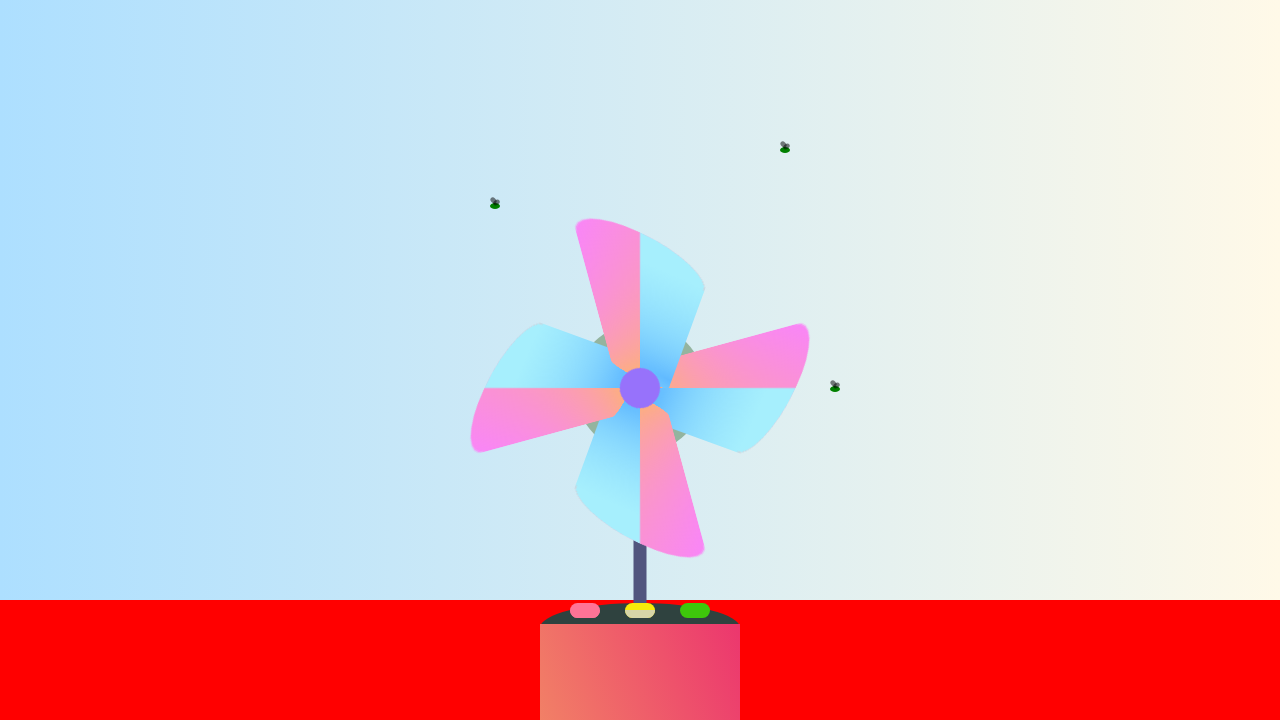
Repository: VuTuanAnh0949/CodeFan
Page: index.html
These files come from the project's save history. The page is drawn as it stood at one moment and after the next save; the edit follows.
The browser window is 1280 px wide. The pictures show the whole page.

Above is the page before, as saved 2022-06-22 12:05:26.

### index.html
<!DOCTYPE html>
<html lang="en">
<head>
    <meta charset="UTF-8">
    <meta http-equiv="X-UA-Compatible" content="IE=edge">
    <meta name="viewport" content="width=device-width, initial-scale=1.0">
    <title>Document</title>
    <link rel="stylesheet" href="style.css">
</head>
<body>
    <div class="windows">
        <div class="window"></div>

    </div>
    <div class="fan">
        <div class="fan__root"> <span class="top"> <label class="green" for="engine"></label> <label class="yellow"
                    for="engine2"></label> <label class="pink" for="jack"></label> </span> <span class="bottom"></span>
        </div>
        <div class="fan__staddle"></div> <input type="checkbox" id="jack" hidden />
        <div class="head">
            <div class="fan__engine"> <span class="center"></span> </div> <input type="checkbox" id="engine" hidden
                checked />
            <div> <span class="fly"></span> <span class="fly"></span> <span class="fly"></span>
                <div class="fan__blades"> <input type="checkbox" id="engine2" hidden checked />
                    <div class="fan__blades">
                        <div class="center"></div>
                        <div class="blade"><span></span></div>
                        <div class="blade"><span></span></div>
                        <div class="blade"><span></span></div>
                        <div class="blade"><span></span></div>
                    </div>
                </div>
            </div>
        </div>
    </div>

</body>
</html>

### style.css
html {
    overflow: hidden;
}

body {
    overflow: hidden;
    margin: 0;
    padding: 0;
    background: linear-gradient(90deg, #addfff, #fff9e8);
    display: flex;
    justify-content: center;
    align-items: center;
    width: 100vw;
    height: 100vh;
    position: relative;
}

body::after {
    position: absolute;
    width: 100%;
    content: "";
    height: calc(100% - 600px);
    z-index: 0;
    background: red;
    bottom: 0;
}

@keyframes spin {
    from {
        transform: rotate(0deg);
    }

    to {
        transform: rotate(360deg);
    }
}

@keyframes off {
    to {
        transform: rotate(380deg);
    }
}

@keyframes off2 {
    to {
        transform: rotate(880deg);
    }
}

@keyframes fly {
    to {
        margin-top: 50px;
    }
}

span {
    display: block;
}

.windows {
    width: 100vw;
    height: 100vh;
    position: absolute;
    z-index: 0;
    top: 0;
    left: 0;
    display: flex;
    align-content: flex-start;
}


.fly {
    transition: 0.5s all cubic-bezier(0.04, 0.06, 0, 1.18), 1s transform;
    width: 10px;
    height: 6px;
    background: green;
    border-radius: 50%;
    position: absolute;
    animation: fly 5s alternate infinite ease-in-out;
}

.fly:nth-of-type(1) {
    top: -78px;
    left: -200px;
}

.fly:nth-of-type(2) {
    transform: translateY(-10px);
    animation-delay: 4s;
    top: 5px;
    right: -250px;
}

.fly:nth-of-type(3) {
    transform: translateY(0px);
    top: 400px;
    animation-delay: 2s;
    right: -400px;
}

.fly::after,
.fly::before {
    content: "";
    position: absolute;
    width: 7px;
    height: 5px;
    background-color: rgba(0, 0, 0, 0.5);
    display: block;
    border-radius: 50%;
}

.fly::before {
    bottom: 4px;
    transform: rotate(325deg);
    left: 3px;
}

.fly::after {
    transform: rotate(45deg);
    bottom: 6px;
}

.fan {
    width: 500px;
    height: 500px;
    position: relative;
    z-index: 1;
    margin-top: 75px;
    perspective: 500px;
}

.fan::after {
    content: "";
    display: block;
    position: absolute;
    height: 500px;
    width: 200px;
    background-image: linear-gradient( 68.3deg,  rgba(245,177,97,1) 0.4%, rgba(236,54,110,1) 100.2% );
    top: calc(100% - 24px);
    left: calc(50% - 100px);

}

.fan__root {
    width: 200px;
    position: absolute;
    bottom: 0;
    left: 50%;
    transform: translateX(-50%);
}

.fan__root .top {
    overflow: hidden;
    width: 200px;
    height: 25px;
    position: relative;
}

.fan__root .top::after {
    content: "";
    display: block;
    width: 200px;
    height: 50px;
    background: #2f423f;
    border-radius: 50%;
}

.fan__root .top .green {
    position: absolute;
    width: 30px;
    height: 15px;
    border-radius: 15px;
    display: block;
    right: 30px;
    background: #3EC70B;
    cursor: pointer;
    overflow: hidden;
}

.fan__root .top .yellow {
    position: absolute;
    width: 30px;
    height: 15px;
    border-radius: 15px;
    display: block;
    right: 85px;
    background: #F7EC09;
    cursor: pointer;
    overflow: hidden;
}

.fan__root .top .yellow::after {
    content: "";
    display: block;
    width: 100%;
    height: 50%;
    position: absolute;
    bottom: 0;
    background: #F7EC09;
}

.fan__root .top .yellow::after {
    content: "";
    display: block;
    width: 100%;
    height: 50%;
    position: #F7EC09;
    bottom: 0;
    background: #D6D5A8;
}

.fan__root .top .pink {
    position: absolute;
    cursor: pointer;
    width: 30px;
    height: 15px;
    border-radius: 15px;
    display: block;
    left: 30px;
    background: #FF7396;
    overflow: hidden;
}

.fan__root .top .pink::after {
    content: "";
    display: block;
    width: 100%;
    height: 50%;
    position: absolute;
    bottom: 0;
    background: #FF7396;
}

.fan__root .bottom {
    overflow: hidden;
    width: 500px;
    height: 20px;
}

.fan__root .bottom::after {
    content: "";
    display: block;
    width: 200px;
    height: 40px;
    background: #2f423f;
    border-radius: 18%;
    transform: translateY(-30px);
}

.fan__staddle {
    position: absolute;
    bottom: 45px;
    background: #51557E;
    height: 270px;
    width: 13px;
    left: 50%;
    transform: translateX(-50%);
}

.fan__engine {
    position: absolute;
    bottom: 0px;
    width: 130px;
    height: 130px;
    background: #94B49F;
    border-radius: 50%;
    left: 50%;
    transform: translateX(-50%);
}

.fan__engine::after {
    content: "";
    background: red;
    display: block;
    width: 25px;
    height: 50px;
    position: absolute;
    top: 105px;
    left: 50%;
    transform: translateX(-50%);
    border-radius: 0 0 5px 5px;
}

.fan__blades {
    width: 230px;
    height: 230px;
    position: absolute;
    bottom: -50px;
    transition: 2s;
    transform-origin: center center;
    left: calc(50% - 115px);
    z-index: 1;
    animation: spin infinite 0.38s linear forwards;
}

.fan__blades .fan__blades {
    bottom: 0;
    animation: spin infinite 0.5s linear forwards;
}

.fan__blades .blade {
    position: absolute;
    width: 80px;
    height: 100%;
    left: 50%;
    transform: translateX(-50%) skewY(25deg);
    perspective: 500px;
    transform-style: preserve-3d;
}

.fan__blades .blade:nth-child(2) {
    transform: translateX(-50%) rotate(90deg) skewY(25deg);
}

.fan__blades .blade:nth-child(3) {
    transform: translateX(-50%) rotate(180deg) skewY(25deg);
}

.fan__blades .blade:nth-child(4) {
    transform: translateX(-50%) rotate(270deg) skewY(25deg);
}

.fan__blades .blade span {
    width: 100%;
    height: 200%;
    border-radius: 44px;
    background-image: linear-gradient( 102.4deg,  rgba(253,189,85,1) 7.8%, rgba(249,131,255,1) 100.3% );;
    position: absolute;
    top: -66px;
    display: block;
    transform-style: preserve-3d;
    transform: rotateX(81deg);
    overflow: hidden;
}

.fan__blades .blade span::after {
    width: 50%;
    height: 100%;
    content: "";
    display: block;
    background-image: radial-gradient( circle farthest-corner at 10% 20%,  rgba(97,186,255,1) 0%, rgba(166,239,253,1) 90.1% );
    transform: rotate(0deg);
}

.fan__blades .center {
    position: absolute;
    overflow: hidden;
    width: 40px;
    height: 40px;
    border-radius: 50%;
    left: 50%;
    top: 50%;
    transform: translate(-50%, -50%) rotate(45deg);
    background: #9772FB;
    z-index: 2;
}

.fan__blades .center::after {
    display: block;
    content: "";
    width: 40px;
    height: 20px;
    background: #9772FB;
}

.head {
    transition: 1s transform;
    height: auto;
    width: auto;
    position: absolute;
    width: 300px;
    height: 300px;
    bottom: 195px;
    left: calc(50% - 150px);
    /* transform: translateX(-50%); */
}

#engine:checked+div>div {
    animation: off2 1s ease-out forwards;
}

#engine:checked+div>span:nth-child(1) {
    transition: 5s all ease-in-out, 1s transform;
    left: 0px;
    top: 0px;
}

#engine:checked+div>span:nth-child(2) {
    transition: 5s all ease-in-out, 1s transform;
    right: 0px;
    top: 0px;
}

#engine:checked+div>span:nth-child(3) {
    transition: 7s all ease-in-out, 1s transform;
    right: -50px;
    top: 200px;
}

#engine2:checked+div {
    animation: off 1s ease-out forwards;
}

#jack:checked+div {
    transform: translateY(-115px);
}

#jack:checked+div>div:nth-child(3)>span {
    transform: translateY(115px);
}

After the next save:
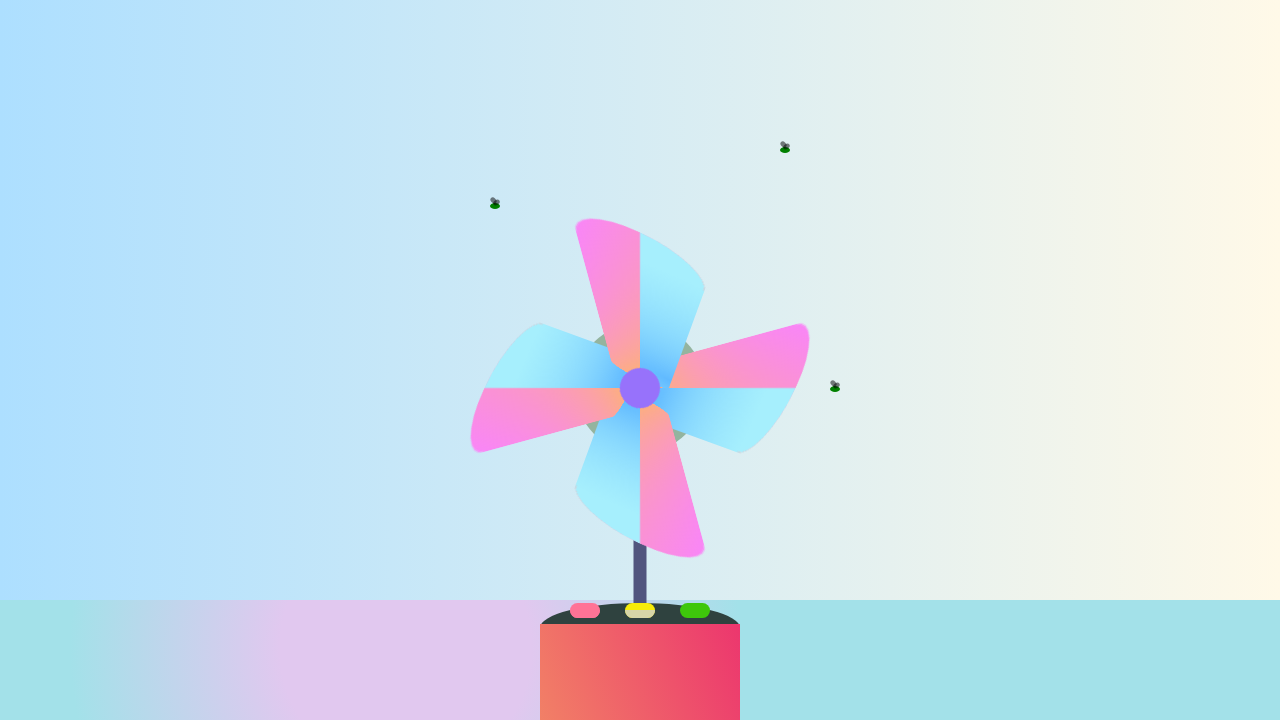
Saved 15 s later.
--- a/style.css
+++ b/style.css
@@ -21,7 +21,7 @@ body::after {
     content: "";
     height: calc(100% - 600px);
     z-index: 0;
-    background: red;
+    background-image: radial-gradient( circle 588px at 31.7% 40.2%,  rgba(225,200,239,1) 21.4%, rgba(163,225,233,1) 57.1% );
     bottom: 0;
 }
 
